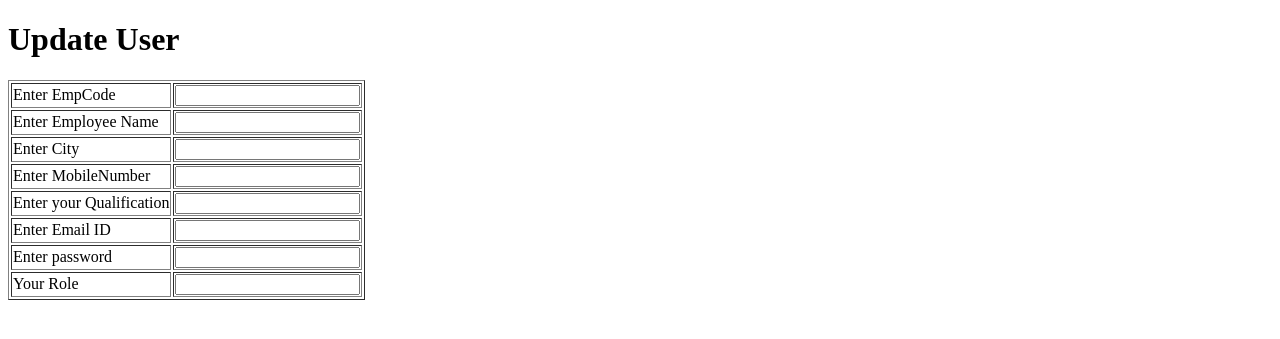
Repository: nehakunwar/SkillMap_Projects
Page: http://localhost/WebNaukariServletJspApp/WEB-INF/views/updateUserProfile.jsp
The author's editor kept a copy of each file at every save. The page is drawn from the files as they stood at one save, then again after the next save.
The browser window is 1280 px wide. The pictures show the whole page.
The page is served by Tomcat 9. Nobody is signed in. The template is opened directly, without the code that normally fills it, so the values that code supplies are empty.

Above is the page before, as saved 2018-07-27 15:25:07.

After the next save:
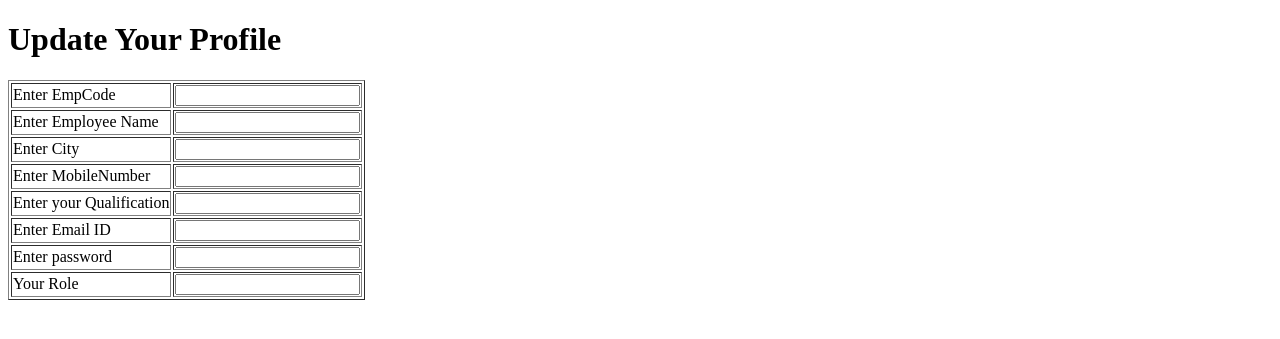
Saved 30 s later.
--- a/WebNaukariServletJspApp/WebContent/WEB-INF/views/updateUserProfile.jsp
+++ b/WebNaukariServletJspApp/WebContent/WEB-INF/views/updateUserProfile.jsp
@@ -9,7 +9,7 @@
 <body>
 
 
-<h1><b>Update User</b></h1>
+<h1><b>Update Your Profile</b></h1>
 
 		<table style="with: 50%" border="1">
 
